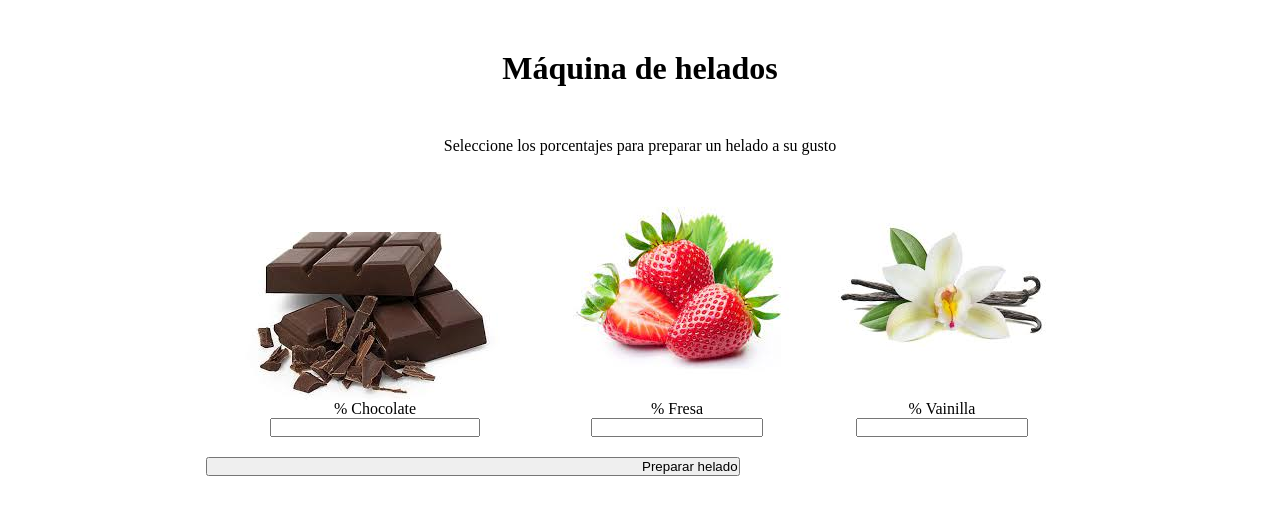
Repository: Ibizus/ejercicios_JSP
Page: http://localhost/ejercicios_Hector/ejercicio10/index.jsp
The author's editor kept a copy of each file at every save. The page is drawn from the files as they stood at one save, then again after the next save.
The browser window is 1280 px wide. The pictures show the whole page.
The page is served by Tomcat 9.

Above is the page before, as saved 2023-11-16 19:04:19.

### ejercicios_Hector/src/main/webapp/ejercicio10/index.jsp
<%@ page language="java" contentType="text/html; charset=UTF-8"
    pageEncoding="UTF-8"%>
<!DOCTYPE html>
<html>
<head>
	<meta charset="UTF-8">
	<link rel="stylesheet" href="css/style.css"/>
	<title>Ejercicio 10</title>
</head>
<body>
	<h1>Máquina de helados</h1>
	<p>Seleccione los porcentajes para preparar un helado a su gusto</p>

	<section id="formulario">
		<form method="post" action="helado.jsp">

			<section id="sabores">
				<article>
					<img alt="Chocolate" src="images/chocolate.jpeg">
					% Chocolate <input type="number" min="0" max="100" step="1" name="choc">
				</article>
				<article>
					<img alt="Fresa" src="images/fresa.jpeg">
					% Fresa <input type="number" min="0" max="100" step="1" name="fresa">
				</article>
				<article>
					<img alt="Vainilla" src="images/vainilla.jpeg">
					% Vainilla <input type="number" min="0" max="100" step="1" name="vainilla">
				</article>
			</section>

			<input type="submit" value="Preparar helado">
		</form>
	</section>

</body>
</html>

### ejercicios_Hector/src/main/webapp/ejercicio10/css/style.css
@charset "UTF-8";

*{
	margin: 0;
	padding: 0;
	box-sizing: border-box;
	text-decoration: none;
}

body{
	min-width: 900px;
    display: flex;
    flex-direction: column;
    align-items: center;
}

h1{
	margin: 50px;
}

#formulario{
	display: flex;
	flex-direction: column;
    align-items: center;
}


#sabores{
	display: flex;
	justify-content: space-between;
	align-items: flex-end;
}

article{
	display: flex;
	flex-direction: column;
	align-items: center;

	margin: 20px;
}

input{
	padding-left: 50%;
}

After the next save:
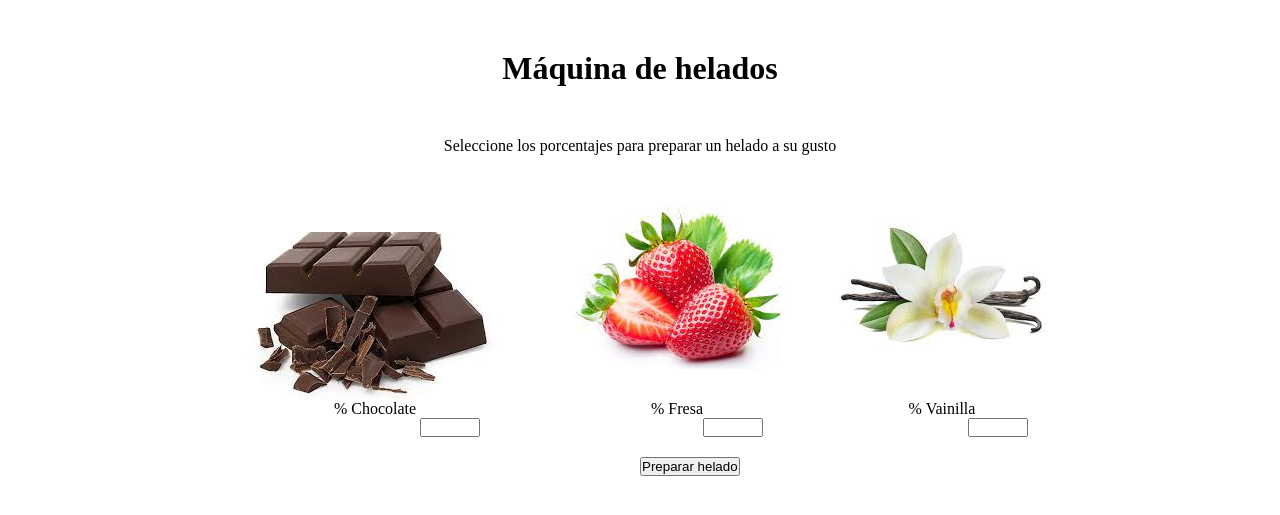
Saved 13 s later.
--- a/ejercicios_Hector/src/main/webapp/ejercicio10/css/style.css
+++ b/ejercicios_Hector/src/main/webapp/ejercicio10/css/style.css
@@ -40,5 +40,5 @@ article{
 }
 
 input{
-	padding-left: 50%;
+	margin-left: 50%;
 }
